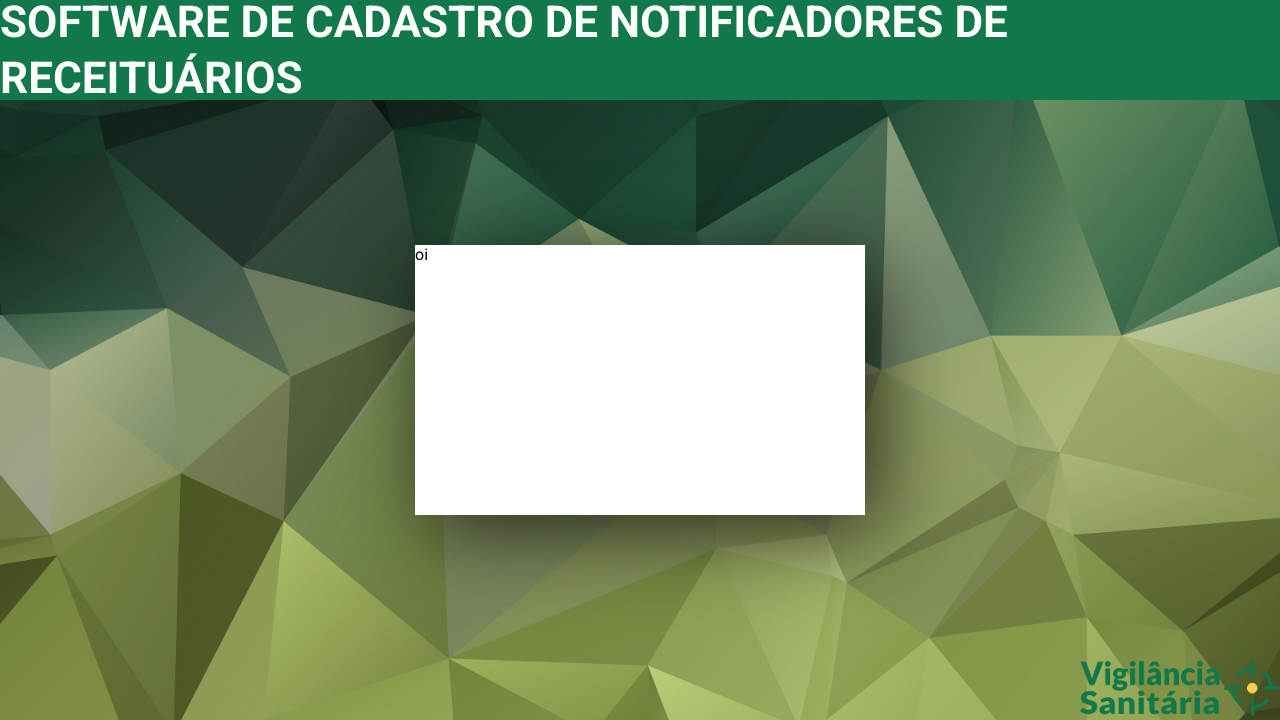
Repository: milena-rosa/web-prescription-notifier
Page: /
These files come from the project's save history. The page is drawn as it stood at one moment and after the next save; the edit follows.
The browser window is 1280 px wide. The pictures show the whole page.
The project was rebuilt for these pictures with package versions that can differ from the ones it lists, and the page was loaded fresh each time. Also part of the build but not shown: src/pages/Home/styles.ts, src/pages/Home/index.tsx.

Above is the page before, as saved 2021-11-06 23:05:32.

After the next save:
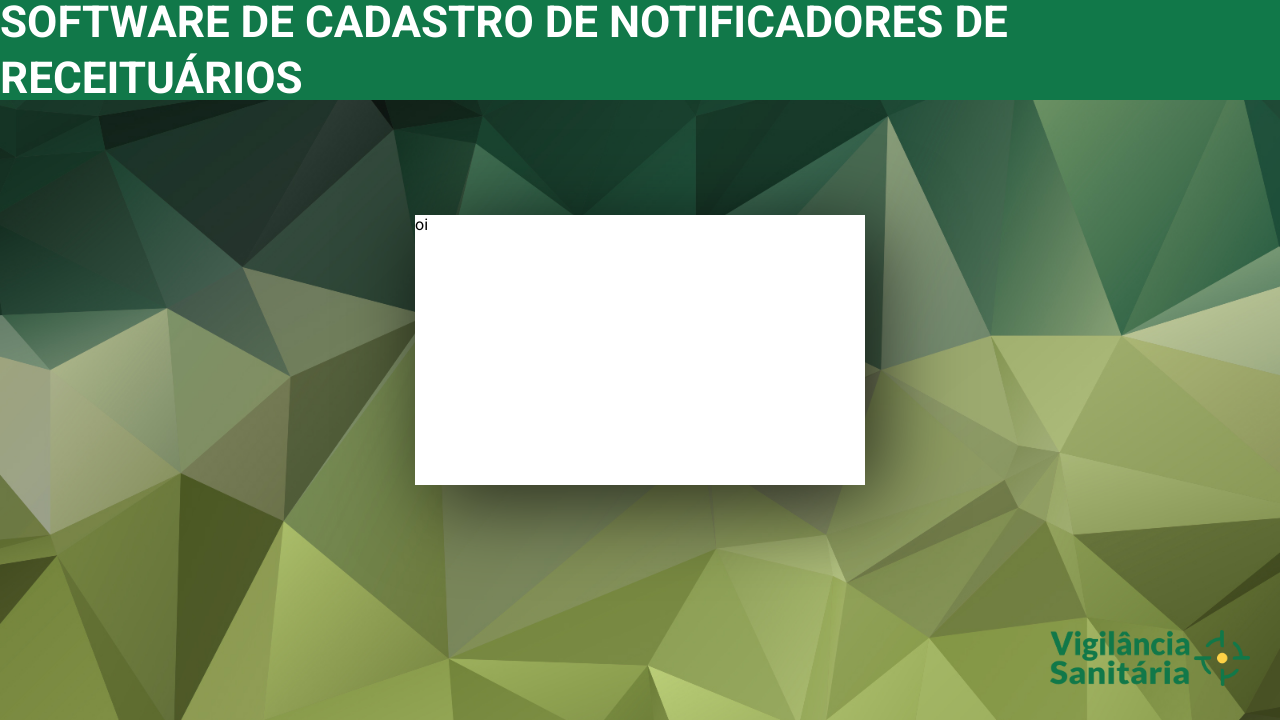
Saved 17 s later.
--- a/src/pages/SignIn/styles.ts
+++ b/src/pages/SignIn/styles.ts
@@ -41,6 +41,7 @@
     align-self: flex-end;
 
     img {
+      margin: 1.875rem;
       width: 12.5rem;
     }
   }
